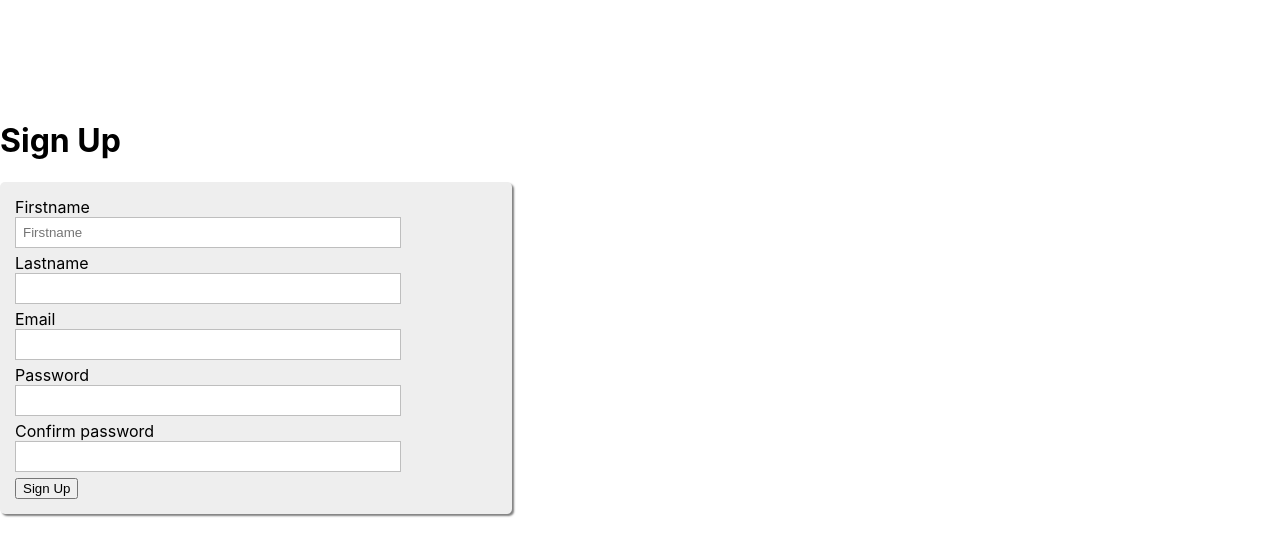
Repository: khamraeva/JSP-homework1-sighup
Page: /
These files come from the project's save history. The page is drawn as it stood at one moment and after the next save; the edit follows.
The browser window is 1280 px wide. The pictures show the whole page.
The project was rebuilt for these pictures with package versions that can differ from the ones it lists, and the page was loaded fresh each time.

Above is the page before, as saved 2020-07-22 16:47:07.

After the next save:
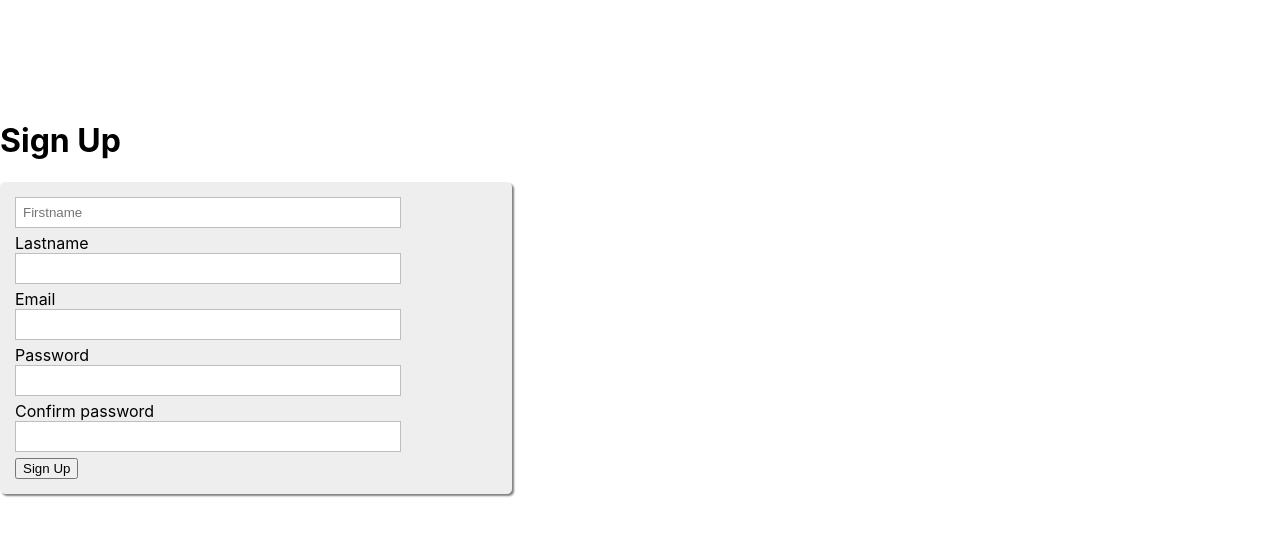
Saved 19 s later.
--- a/src/Components/SignUp/SignUp.js
+++ b/src/Components/SignUp/SignUp.js
@@ -7,7 +7,7 @@ class SignUp extends Component {
             <div className={'signup-container'}>
                 <h1>Sign Up</h1>
                 <form className={'signup-form'}>
-                    <label>Firstname</label>
+                    {/* <label>Firstname</label> */}
                     <input
                         className='input'
                         type='text'
